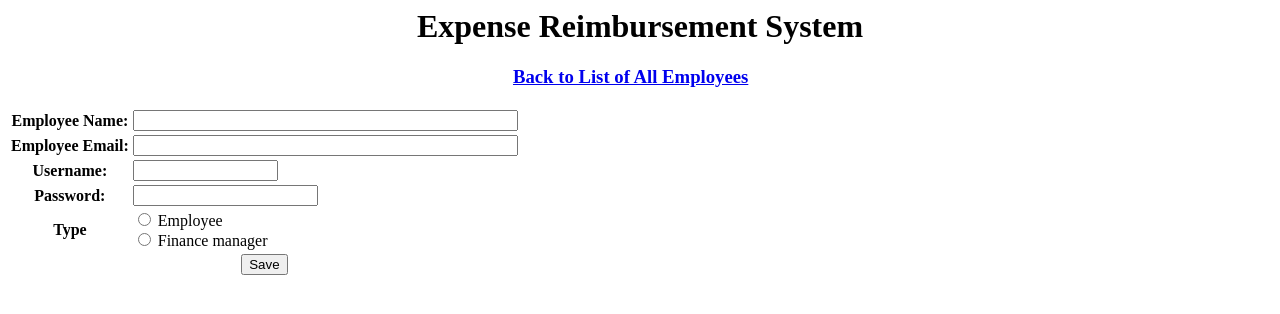
Repository: CCunningham0/project1
Page: http://localhost/reimbursement/employee-form.jsp
The author's editor kept a copy of each file at every save. The page is drawn from the files as they stood at one save, then again after the next save.
The browser window is 1280 px wide. The pictures show the whole page.
The page is served by Tomcat 10.

Above is the page before, as saved 2021-09-07 05:05:25.

After the next save:
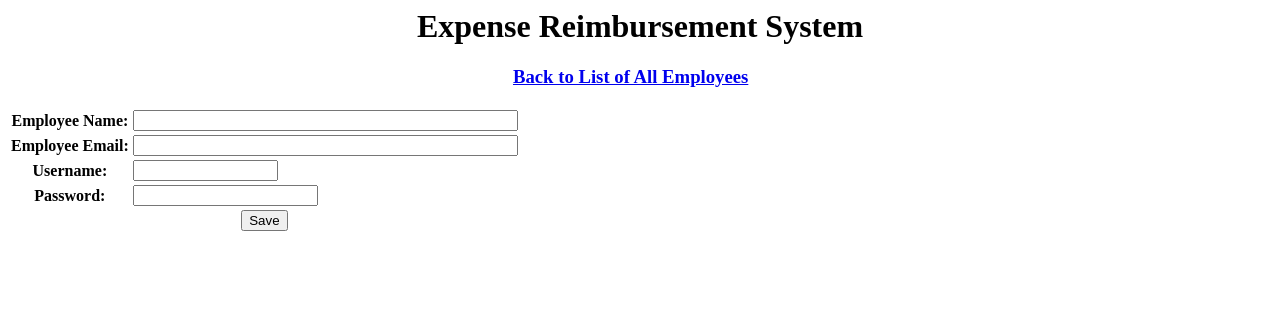
Saved 17 s later.
--- a/reimbursement/src/main/webapp/employee-form.jsp
+++ b/reimbursement/src/main/webapp/employee-form.jsp
@@ -78,16 +78,16 @@
                  <input type="number" name="password" size="15"/>
                 </td>
             </tr>
-            <tr>
+            <!-- <tr>
                 <th>Type </th>
                 <td>
-				  <input type="radio" id="emp" name="<!-- type -->" value="Employee">
+				  <input type="radio" id="emp" name="type" value="Employee">
 				  <label for="emp">Employee</label>
 				  <br>
-				  <input type="radio" id="manager" name="<!--  -->" value="Finance manager">
+				  <input type="radio" id="manager" name="type" value="Finance manager">
 				  <label for="manager">Finance manager</label>
                 </td>
-            </tr>
+            </tr> -->
             <tr>
              <td colspan="2" align="center">
               <input type="submit" value="Save" />
